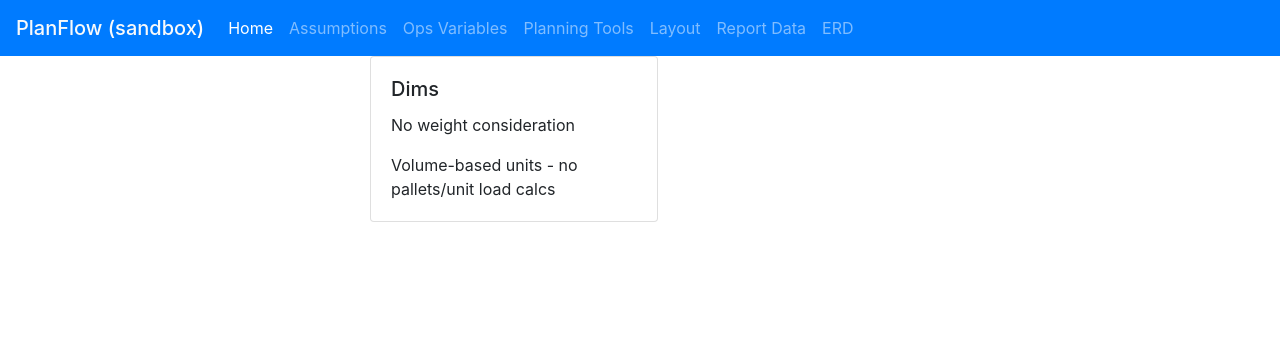
Repository: gholler76/planflow
Page: http://localhost/planflow/WEB-INF/opsvariables.jsp
The author's editor kept a copy of each file at every save. The page is drawn from the files as they stood at one save, then again after the next save.
The browser window is 1280 px wide. The pictures show the whole page.
The page is served by Tomcat 9. Nobody is signed in. The template is opened directly, without the code that normally fills it, so the values that code supplies are empty.

Above is the page before, as saved 2021-05-28 19:39:15.

After the next save:
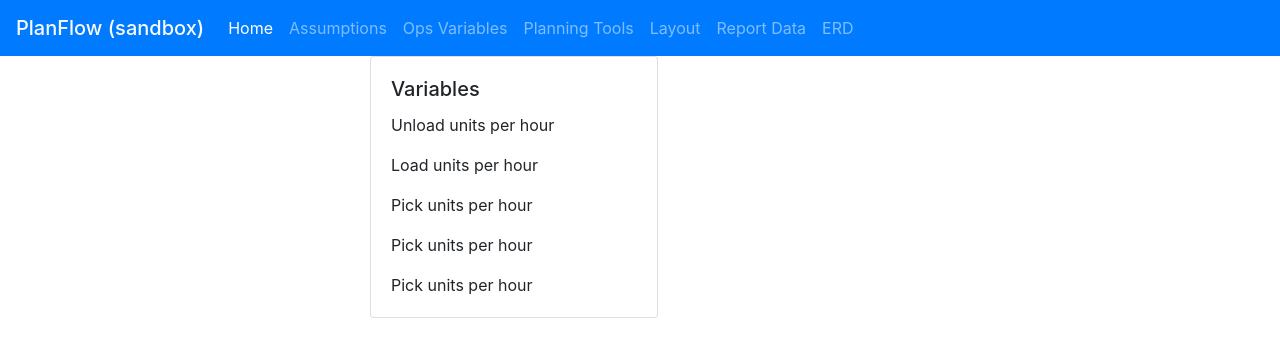
Saved 5 min 17 s later.
--- a/planflow/src/main/webapp/WEB-INF/opsvariables.jsp
+++ b/planflow/src/main/webapp/WEB-INF/opsvariables.jsp
@@ -37,9 +37,12 @@
     		<div class="col-6">
     			<div class="card" style="width: 18rem;">
   					<div class="card-body">
-					    <h5 class="card-title">Dims</h5>
-					    <p class="card-text">No weight consideration</p>
-					    <p class="card-text">Volume-based units - no pallets/unit load calcs</p>
+					    <h5 class="card-title">Variables</h5>
+					    <p class="card-text">Unload units per hour</p>
+					    <p class="card-text">Load units per hour</p>
+					    <p class="card-text">Pick units per hour</p>
+					    <p class="card-text">Pick units per hour</p>
+					    <p class="card-text">Pick units per hour</p>
 				  	</div>
 				</div>
    	 		</div>
